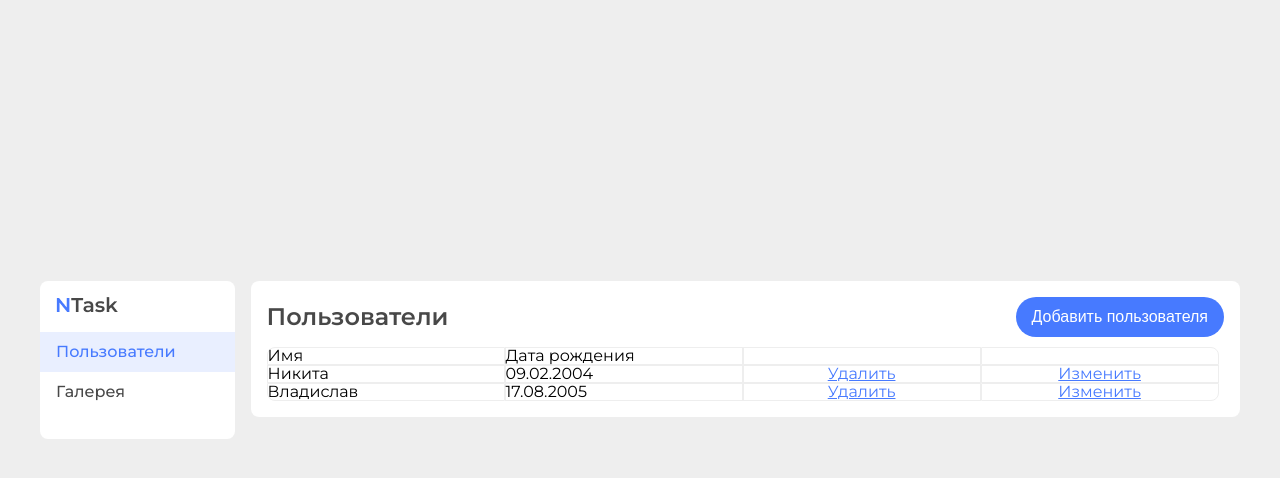
Repository: Grid-Master/NTask
Page: /gallery
These files come from the project's save history. The page is drawn as it stood at one moment and after the next save; the edit follows.
The browser window is 1280 px wide. The pictures show the whole page.
The project was rebuilt for these pictures with package versions that can differ from the ones it lists, and the page was loaded fresh each time. Also part of the build but not shown: src/components/gallery/gallery.sass, src/components/gallery/Gallery.tsx, src/components/updateUser/updateUser.sass, src/components/updateUser/UpdateUser.tsx.

Above is the page before, as saved 2023-06-09 21:26:46.

### public/index.html
<!DOCTYPE html>
<html lang="en">
  <head>
    <meta charset="utf-8" />
    <link rel="icon" href="%PUBLIC_URL%/favicon.ico" />
    <meta name="viewport" content="width=device-width, initial-scale=1" />
    <meta name="theme-color" content="#000000" />
    <meta name="description" content="Web site created using create-react-app" />
    <link rel="apple-touch-icon" href="%PUBLIC_URL%/logo192.png" />
    <link rel="preconnect" href="https://fonts.googleapis.com" />
    <link rel="preconnect" href="https://fonts.gstatic.com" crossorigin />
    <link
      href="https://fonts.googleapis.com/css2?family=Montserrat:wght@300;400;500;600;700&display=swap"
      rel="stylesheet" />
    <link rel="manifest" href="%PUBLIC_URL%/manifest.json" />
    <title>React App</title>
  </head>
  <body>
    <noscript>You need to enable JavaScript to run this app.</noscript>
    <div id="root"></div>
  </body>
</html>

### src/index.tsx
import React from 'react';
import ReactDOM from 'react-dom/client';
import { Provider } from 'react-redux';
import './index.css';
import App from './App';
import { BrowserRouter } from 'react-router-dom';
import store from './store';

const root = ReactDOM.createRoot(document.getElementById('root') as HTMLElement);
root.render(
  <React.StrictMode>
    <BrowserRouter>
      <Provider store={store}>
        <App />
      </Provider>
    </BrowserRouter>
  </React.StrictMode>,
);

### src/index.css
html, body, div, span, applet, object, iframe,
h1, h2, h3, h4, h5, h6, p, blockquote, pre,
a, abbr, acronym, address, big, cite, code,
del, dfn, em, img, ins, kbd, q, s, samp,
small, strike, strong, sub, sup, tt, var,
b, u, i, center,
dl, dt, dd, ol, ul, li,
fieldset, form, label, legend,
table, caption, tbody, tfoot, thead, tr, th, td,
article, aside, canvas, details, embed,
figure, figcaption, footer, header, hgroup,
menu, nav, output, ruby, section, summary,
time, mark, audio, video {
	margin: 0;
	padding: 0;
	border: 0;
	font-size: 100%;
	font: inherit;
	vertical-align: baseline;
}
/* HTML5 display-role reset for older browsers */
article, aside, details, figcaption, figure,
footer, header, hgroup, menu, nav, section {
	display: block;
}
body {
	line-height: 1;
}
ol, ul {
	list-style: none;
}
blockquote, q {
	quotes: none;
}
blockquote:before, blockquote:after,
q:before, q:after {
	content: '';
	content: none;
}
table {
	border-collapse: collapse;
}
body {
  margin: 0;
  font-family: Montserrat;
  background: #EEEEEE;
;
}
input {
	font-family: Montserrat;
}

#root {
	display: flex;
	align-items: center;
	justify-content: center;
	height: 100vh;
}

code {
  font-family: source-code-pro, Menlo, Monaco, Consolas, 'Courier New',
    monospace;
}

### src/App.tsx
import './App.css';
import { FC, useEffect } from 'react';
import Navbar from './components/navabar/Navbar';
import UserList from './components/userList/UserList';
import { Routes, Route, useNavigate } from 'react-router-dom';
import Gallery from './components/gallery/Gallery';
import UpdateUser from './components/updateUser/UpdateUser';

const App: FC = () => {
  const navigate = useNavigate();
  useEffect(() => {
    navigate('/NTask/users');
  }, []);

  return (
    <div className="App">
      <Navbar />
      <Routes>
        <Route path="/NTask/users" element={<UserList />} />
        <Route path="/NTask/users/:id" element={<UpdateUser />} />
        <Route path="/NTask/gallery" element={<Gallery />} />
        <Route path="*" element={<h1>Error</h1>} />
      </Routes>
    </div>
  );
};

export default App;

### src/store/index.ts
import { configureStore } from '@reduxjs/toolkit';
import usersReducer from './usersSlice';
import galleryReducer from './gallerySlice';

const store = configureStore({
  reducer: { usersReducer, galleryReducer },
});

export default store;

export type RootState = ReturnType<typeof store.getState>;
export type AppDispatch = typeof store.dispatch;

### src/App.css
.App {

  width: 100%;
  display: flex;
  align-items:start;
  gap: 16px;
  max-width: 1200px;
  margin: 0 auto;
}

@media screen and (max-width: 1200px) {
  .App {
    flex-direction: column;
    max-width: 1000px;
  }
}
@media screen and (max-width: 1000px) {
  .App {
    max-width: 600px;
    padding: 16px;
  }
}
@media screen and (max-width: 600px) {
  .App {
    max-width: calc(320px - 32px);
  }
}

### src/components/navabar/Navbar.tsx
import { FC } from 'react';
import './navbar.sass';
import { useNavigate, useLocation } from 'react-router-dom';
const logo = require('../../images/logo.png');

const Navbar: FC = () => {
  const navigate = useNavigate();
  const { pathname } = useLocation();

  return (
    <div className="navbar">
      <div className="navbar__imagecontainer">
        <img src={logo} alt="logo" />
      </div>
      <div
        className={pathname.includes('/users') ? 'navbar__item navbar__active' : 'navbar__item'}
        onClick={() => navigate('/NTask/users')}>
        Пользователи
      </div>
      <div
        className={pathname.includes('/gallery') ? 'navbar__item navbar__active' : 'navbar__item'}
        onClick={() => navigate('/NTask/gallery')}>
        Галерея
      </div>
    </div>
  );
};

export default Navbar;

### src/components/userList/UserList.tsx
import React, { FC } from 'react';
import { useNavigate } from 'react-router-dom';
import './userList.sass';
import { useAppDispatch, useAppSelector } from '../../store/hooks';
import { removeUser } from '../../store/usersSlice';

const UserList: FC = () => {
  const navigate = useNavigate();
  const users = useAppSelector((state) => state.usersReducer.users);
  const dispatch = useAppDispatch();

  const updateHandler = (router: string) => {
    navigate(router);
    window.scrollTo(0, 0);
  };

  const deleteHandler = (id: number) => {
    dispatch(removeUser(id));
  };

  return (
    <div className="userList">
      <div className="userList__container">
        <h1 className="userList__title">Пользователи</h1>
        <button className="userList__addUserBtn" onClick={() => updateHandler('createuser')}>
          Добавить пользователя
        </button>
      </div>
      {/* <table className="userList__table">
        <tr className="userList__table-info">
          <td>Имя</td>
          <td>Дата рождения</td>
          <td></td>
          <td></td>
        </tr>
        {users.map((user) => (
          <tr key={user.id}>
            <td>{user.name}</td>
            <td>{user.date}</td>
            <td className="userList__table-btn" onClick={() => deleteHandler(user.id)}>
              Удалить
            </td>
            <td className="userList__table-btn" onClick={() => updateHandler(`${user.id}`)}>
              Изменить
            </td>
          </tr>
        ))}
      </table> */}
      <ul className="userList__grid">
        <li className="userList__grid-name">Имя</li>
        <li>Дата рождения</li>
        <li></li>
        <li></li>
        {users.map((user) => (
          <>
            <li>{user.name}</li>
            <li>{user.date}</li>
            <li className="userList__table-btn" onClick={() => deleteHandler(user.id)}>
              Удалить
            </li>
            <li className="userList__table-btn" onClick={() => updateHandler(`${user.id}`)}>
              Изменить
            </li>
          </>
        ))}
      </ul>
    </div>
  );
};

export default UserList;

### src/store/usersSlice.ts
import { createSlice, PayloadAction } from '@reduxjs/toolkit';
import { users } from '../data/users';

export interface IUser {
  id: number;
  name: string;
  date: string;
}

const usersSlice = createSlice({
  name: 'users',
  initialState: {
    users: [...users] as IUser[],
  },
  reducers: {
    addUser(state, action: PayloadAction<IUser>) {
      state.users.push(action.payload);
    },
    updateUser(state, action: PayloadAction<IUser>) {
      let updateUser = state.users.find((user) => user.id === action.payload.id);
      if (updateUser) {
        updateUser.name = action.payload.name;
        updateUser.date = action.payload.date;
      }
      state.users = state.users.map((user) => (user.id === updateUser?.id ? updateUser : user));
    },
    removeUser(state, action: PayloadAction<number>) {
      state.users = state.users.filter((user) => user.id !== action.payload);
    },
  },
});

export const { removeUser, updateUser, addUser } = usersSlice.actions;

export default usersSlice.reducer;

### src/store/gallerySlice.ts
import { createSlice, PayloadAction } from '@reduxjs/toolkit';

export interface IPhoto {
  id: number;
  isSelected: boolean;
  file: any;
}

const gallerySlice = createSlice({
  name: 'users',
  initialState: {
    photos: [] as IPhoto[],
  },
  reducers: {
    addPhoto(state, action: PayloadAction<IPhoto>) {
      state.photos.unshift(action.payload);
    },
    pickPhoto(state, action: PayloadAction<number>) {
      const pickedPhoto = state.photos.findIndex((photo) => photo.id === action.payload);
      console.log(pickedPhoto, 'picked');
      if (pickedPhoto !== -1) {
        state.photos[pickedPhoto] = {
          ...state.photos[pickedPhoto],
          isSelected: !state.photos[pickedPhoto].isSelected,
        };
      }
    },
    removePhotos(state) {
      state.photos = state.photos.filter((photo) => !photo.isSelected);
    },
  },
});

export const { addPhoto, pickPhoto, removePhotos } = gallerySlice.actions;

export default gallerySlice.reducer;

### src/components/navabar/navbar.sass
.navbar
    width: 200px
    height: 158px
    background: #FFFFFF
    border-radius: 8px
    &__imagecontainer
        padding: 16px 0
        margin-left: 16px
    &__item
        padding: 8px 16px
        cursor: pointer
        font-weight: 500
        font-size: 16px
        line-height: 150%
        color: #484848
        transition: .3s
        &:hover
            color: #477AFF

    &__active
        background: #E9EFFF
        color: #477AFF

@media screen and (max-width: 600px)
    .navbar
        width: 288px
        height: 158px

### src/components/userList/userList.sass
.userList
    width: 984px
    background: #FFFFFF
    border-radius: 8px
    padding: 16px
    &__container
        display: flex
        align-items: center
        justify-content: space-between
    &__title
        font-weight: 600
        font-size: 24px
        line-height: 150%
        color: #484848
    &__addUserBtn
        font-weight: 500
        font-size: 16px
        line-height: 100%
        color: #FFFFFF
        background: #477AFF
        border-radius: 20px
        padding: 12px 16px
        border: none
        outline: none
        cursor: pointer
        transition: .3s
        &:hover
            opacity: .8
    &__table
        margin-top: 10px
        // width: 952px
        td
            border: 1px solid #EEEEEE
            width: 238px
            text-align: start
            padding: 8px 0
            padding-left: 8px
        &-btn
            cursor: pointer
            text-decoration-line: underline
            color: #477AFF
            transition: .2s
            text-align: center !important
            &:hover
                opacity: .8
        // tr td:nth-child(2)
        //     width: 3000px
        // tr:first-child td:first-child
        //     border-radius: 8px 0 0 0
        // tr:first-child td:last-child
        //     border-radius: 0 8px 0 0
        // tr:last-child td:first-child
        //     border-radius: 0 0 8px 0
        // tr:last-child td:last-child
        //     border-radius: 0 0 0 8px //??
        &-info
            background-color: #EEEEEE
            border-radius: 8px !important
    &__grid
        margin-top: 10px
        display: grid
        grid-template-columns: repeat(4, 238px)
        grid-column-gap: 0px
        grid-row-gap: 0px
        border-radius: 8px
        >li
            border: 1px solid #EEEEEE
        li:first-child
            border-radius: 8px 0 0 0
        li:nth-child(4)
            border-radius: 0 8px 0 0
        li:last-child
            border-radius: 0 0 8px 0
        li:nth-last-child(4)
            border-radius: 0 0 0 8px

@media screen and (max-width: 1200px)
    .userList
        width: calc( 100% - 32px )
@media screen and (max-width: 600px)
    .userList
        &__table
            display: block
            overflow-x: scroll
            td
                width: 131px
            &::-webkit-scrollbar
                // width: 4px
                scroll-margin-top: 5px
                height: 4px
                border: 1px solid #d5d5d5
            &::-webkit-scrollbar-track
                border-radius: 0
                background: #eeeeee
            &::-webkit-scrollbar-thumb
                border-radius: 0
                background: #b0b0b0
                cursor: pointer
        >div
            flex-direction: column
            align-items: start
        &__title
            margin-bottom: 10px

### src/store/hooks.ts
import { useDispatch, useSelector, TypedUseSelectorHook } from 'react-redux';
import type { RootState, AppDispatch } from '../store';

export const useAppDispatch = () => useDispatch<AppDispatch>();
export const useAppSelector: TypedUseSelectorHook<RootState> = useSelector;

### src/data/users.ts
import { IUser } from '../store/usersSlice';

export const users: IUser[] = [
  {
    id: 1,
    name: 'Никита',
    date: '09.02.2004',
  },
  {
    id: 2,
    name: 'Владислав',
    date: '17.08.2005',
  },
];

After the next save:
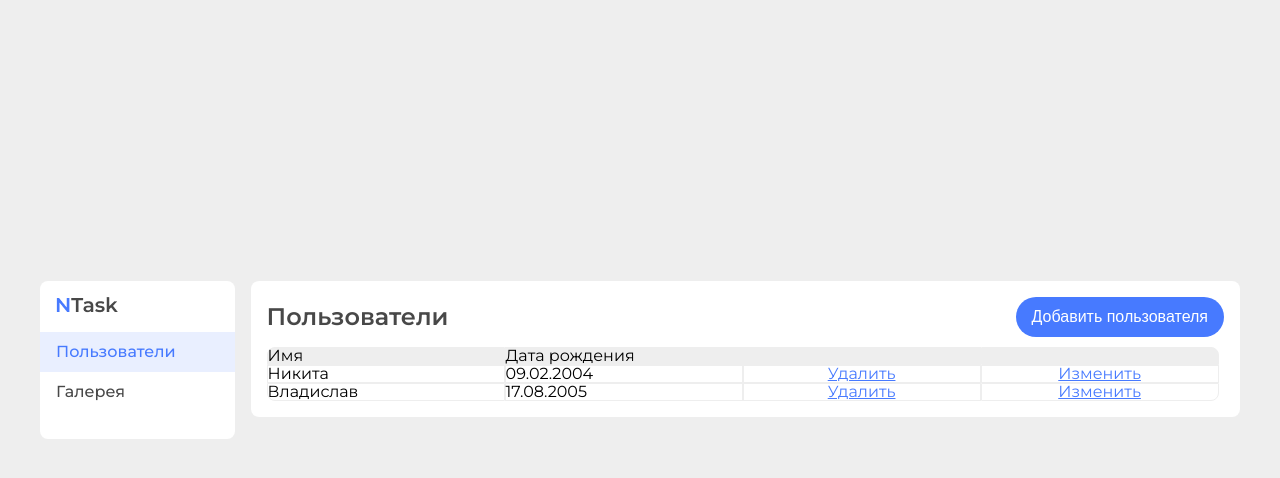
Saved 78 s later.
--- a/src/components/userList/userList.sass
+++ b/src/components/userList/userList.sass
@@ -65,6 +65,8 @@
         border-radius: 8px
         >li
             border: 1px solid #EEEEEE
+        li:first-child,li:nth-child(2),li:nth-child(3),li:nth-child(4)
+            background: #EEEEEE
         li:first-child
             border-radius: 8px 0 0 0
         li:nth-child(4)
